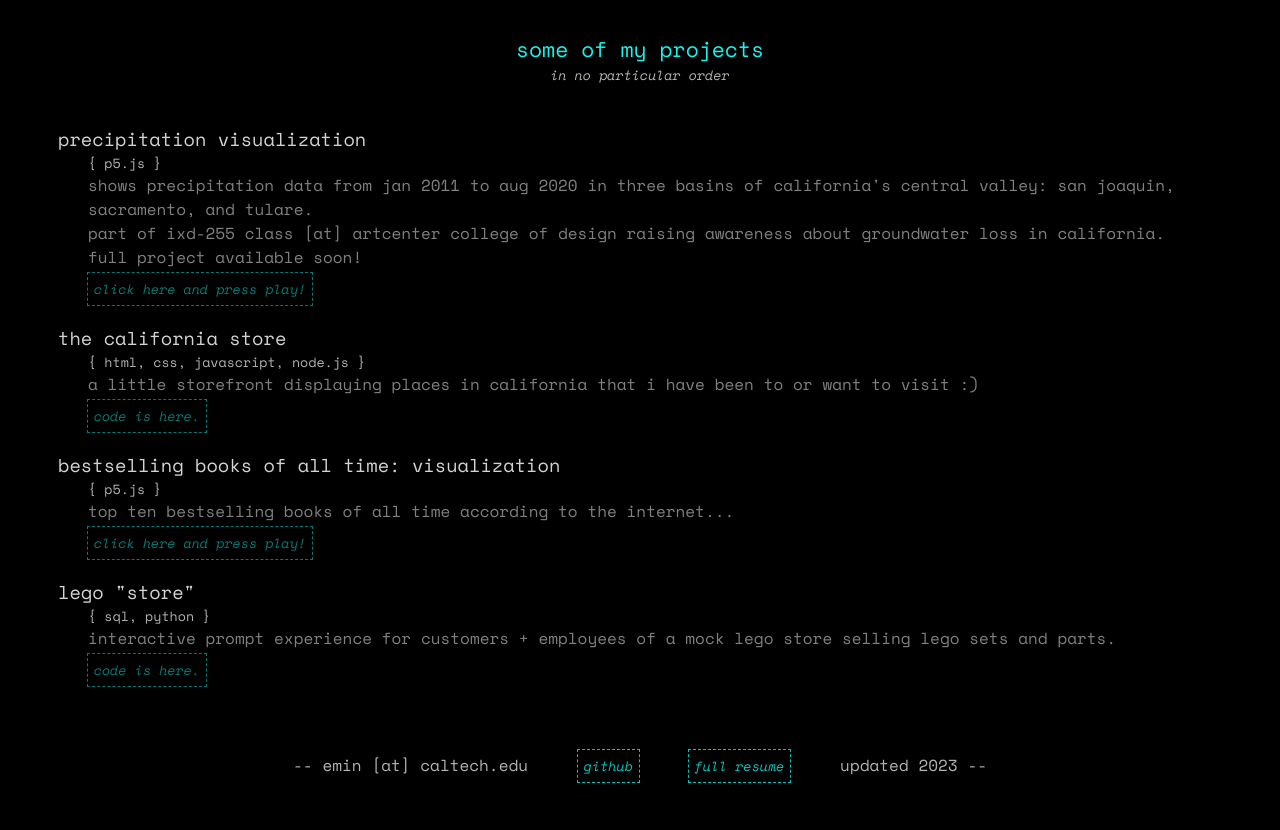
Repository: ellen-min/ellen-min.github.io
Page: projects.html
An editor plug-in stored every save of this project. The page is shown before and after the next save, followed by the edit.
The browser window is 1280 px wide. The pictures show the whole page.

Above is the page before, as saved 2023-04-25 21:49:51.

### projects.html
<!DOCTYPE html>
<!--
    Author: Ellen Min
-->
<html>
  <head>
    <meta charset="UTF-8" />

    <!--------------- Import fonts --------------->
    <link rel="preconnect" href="https://fonts.googleapis.com">
    <link rel="preconnect" href="https://fonts.gstatic.com" crossorigin>
    <link href="https://fonts.googleapis.com/css2?family=Space+Mono:ital,wght@0,400;0,700;1,400;1,700&display=swap" rel="stylesheet">

    <link rel="stylesheet" href="styles.css" />

    <script src="helpers.js"></script>
    <script defer src="projects-interactions.js"></script>

    <title>projects</title>
  </head>

  <header>
    <h1>some of my projects</h1>
    <h3>in no particular order</h3>
  </header>

  <body>
    <div class ="project">
      <h2>precipitation visualization</h2>
      <p class="toolsused">{ p5.js }</p>
      <p>shows precipitation data from jan 2011 to aug 2020 in three basins of california's central valley:
        san joaquin, sacramento, and tulare.</p>
      <p>part of ixd-255 class [at] artcenter college of design raising awareness about groundwater loss in california.</p>
      <p>full project available soon!</p>
      <p class="workex"><a href="https://editor.p5js.org/mintyellen/sketches/BFd3OBZku" target="_blank">click here and press play!</a></p>
    </div>

    <div class="project">
      <h2>the california store</h2>
      <p class="toolsused">{ html, css, javascript, node.js }</p>
      <p>a little storefront displaying places in california that i have been to or want to visit :)</p>
      <p class="workex"><a href="https://github.com/ellen-min/california-store" target="_blank">code is here.</a></p>
    </div>

    <div class ="project">
      <h2>bestselling books of all time: visualization</h2>
      <p class="toolsused">{ p5.js }</p>
      <p>top ten bestselling books of all time according to the internet...</p>
      <p class="workex"><a href="https://editor.p5js.org/mintyellen/sketches/9zj4KPIfu" target="_blank">click here and press play!</a></p>
    </div>

    <div class="project">
      <h2>lego "store"</h2>
      <p class="toolsused">{ sql, python }</p>
      <p>interactive prompt experience for customers + employees of a mock lego store selling lego sets and parts.</p>
      <p class="workex"><a href="https://github.com/ellen-min/lego-store" target="_blank">code is here.</a></p>
    </div>
  </body>

  <footer>
    <ul>
      <li>-- emin [at] caltech.edu</li>
      <li><a href="https://github.com/ellen-min" target="_blank">github</a></li>
      <li><a href="https://drive.google.com/file/d/1X95P36sGinrUTzAWr9vXGSHAJG0Qs3Ua/view?usp=sharing" target="_blank">full resume</a></li>
      <li>updated 2023 --</li>
    </ul>
  </footer>
</html>

### styles.css
/*
* Author: Ellen Min
*
* This page is the styles.css page used in all pages of my personal website.
* It defines fonts, sizes, colors, and general styling for the website.
*/

/* -------------------- Main layout -------------------- */
body {
  background-color: black;
  font-family: 'Space Mono', monospace;
  display: flex;
  flex-direction: column;
}

ul {
  list-style-type: none
}

nav, header, footer {
  text-align: center;
}

header {
  padding: 25px;
}

footer {
  padding-top: 20px;
}

footer > ul > li {
  display: inline-block;
  padding: 20px;
}

/* -------------------- Text Formatting -------------------- */
nav, ul, h1, h3, h4, .highlightedLoc, .highlightedDescrip{
  color: white;
}

p {
  color: gray;
}

h3, h4, .toolsused, footer > ul > li {
  color: #b3b3b3;
}

h1, h2, h3, h4 {
  font-weight: normal;
}

h1, h2 {
  font-style: normal;
}

h2, h3, h4 {
  padding: 0px 50px;
}

h1, .highlighted {
  color: #15f4ee
}

h1 {
  font-size: 16pt;
}

h1, h3, h4, p {
  margin: 0px;
}

h2 {
  font-size: 14pt;
  margin-top: 15px;
  margin-bottom: 0px;
  color: lightgray;
}

h3, h4, .toolsused, a:link, a:visited, a:hover, a:active {
  font-size: 10pt;
}

h3, h4, nav, a:link, a:visited, a:hover, a:active {
  font-style: italic;
}

h4 {
  margin-bottom: 5px;
}

p {
  font-size: 12pt;
  padding: 0px 80px;
}

ul {
  list-style-type: none;
  padding-left: 0;
}

/* -------------------- Special elements -------------------- */
nav {
  position: absolute;
  top: 50%;
  left: 50%;
  transform: translate(-50%, -50%);
}

a:link, a:visited, a:hover, a:active {
  text-decoration: none;
  color: #0ac2bc;
  outline: dashed #0ac2bc 1.5px;
  padding: 6px;
  line-height: 40px;
}

.hidden {
  display: none;
}

.workex a:link, .workex a:visited {
  color: #067975;
  outline: dashed #067975 1.5px;
}

### helpers.js
/**
 * helper functions taken from cs 132 @ caltech (el hovik)
 */

/**
 * Returns the element that has the ID attribute with the specified value.
 * @param {string} idName - element ID
 * @returns {object} DOM object associated with id (null if none).
 */
function id(idName) {
  return document.getElementById(idName);
}

/**
* Returns the first element that matches the given CSS selector.
* @param {string} selector - CSS query selector string.
* @returns {object} first element matching the selector in the DOM tree (null if none)
*/
function qs(selector) {
  return document.querySelector(selector);
}

/**
* Returns the array of elements that match the given CSS selector.
* @param {string} selector - CSS query selector
* @returns {object[]} array of DOM objects matching the query (empty if none).
*/
function qsa(selector) {
  return document.querySelectorAll(selector);
}

/**
* Returns a new element with the given tagname
* @param {string} tagName - name of element to create and return
* @returns {object} new DOM element with the given tagname
*/
function gen(tagName) {
return document.createElement(tagName);
}

### projects-interactions.js
/**
 * @author Ellen Min
 * Last updated: 04-05-2023
 * This is the javascript page for projects.html for my personal website.
 */

(function () {
  "use strict";

  function init() {
    let allProjects = qsa("div.project");
    for (let i = 0; i < allProjects.length; i++) {
      // not using toggle due to bug ... fix later
      allProjects[i].addEventListener("mouseover", addHighlight);
      allProjects[i].addEventListener("mouseout", removeHighlight);
    }
  }

  function addHighlight() {
    this.querySelector("h2").classList.add("highlighted");
    let descriptions = this.querySelectorAll("p");
    for (let i = 0; i < descriptions.length; i++) {
      let currDesc = descriptions[i];
      if (currDesc.querySelectorAll("a").length == 0) {
        currDesc.classList.add("highlightedDescrip");
      } else {
        currDesc.classList.remove("workex");
      }
    }
  }

  function removeHighlight() {
    this.querySelector("h2").classList.remove("highlighted");

    let descriptions = this.querySelectorAll("p");
    for (let i = 0; i < descriptions.length; i++) {
      let currDesc = descriptions[i];
      if (currDesc.querySelectorAll("a").length == 0) {
        currDesc.classList.remove("highlightedDescrip");
      } else {
        currDesc.classList.add("workex");
      }
    }
  }

  init();
})();

After the next save:
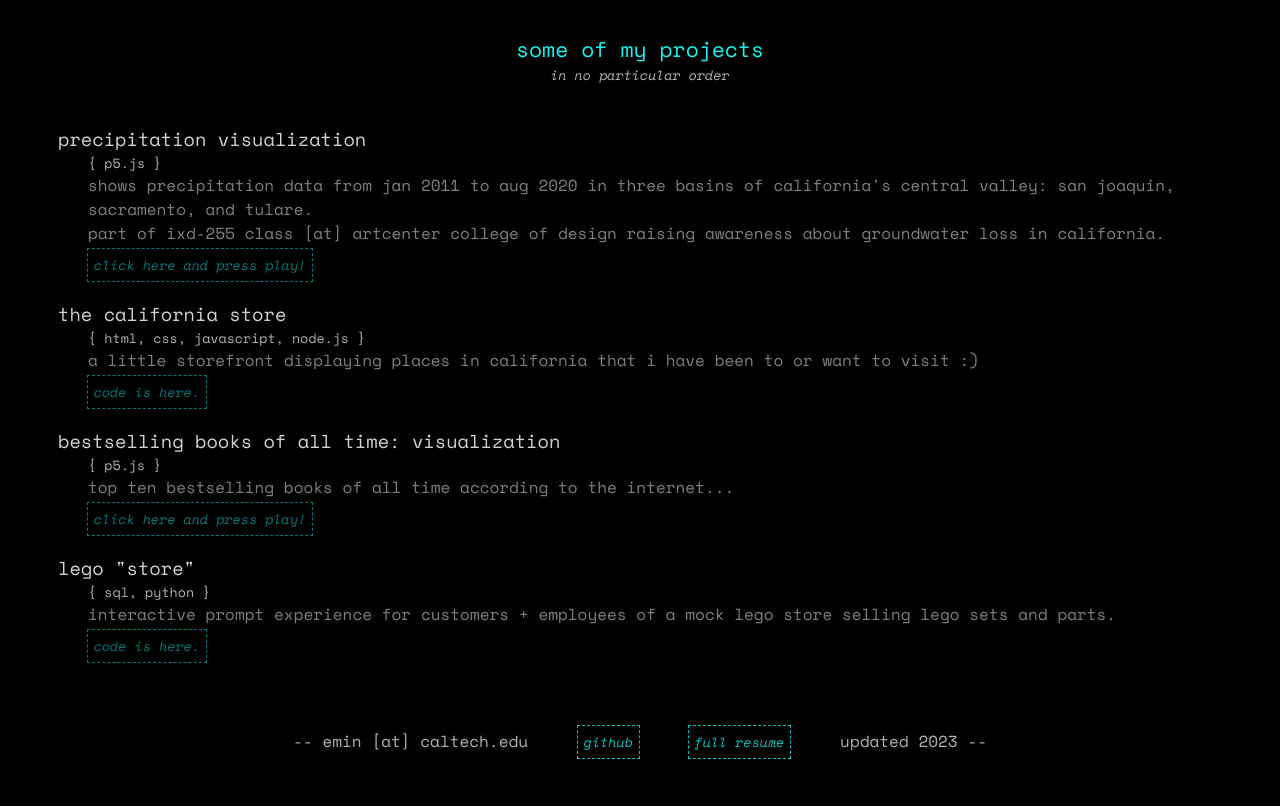
Saved 76 s later.
--- a/projects.html
+++ b/projects.html
@@ -31,7 +31,6 @@
       <p>shows precipitation data from jan 2011 to aug 2020 in three basins of california's central valley:
         san joaquin, sacramento, and tulare.</p>
       <p>part of ixd-255 class [at] artcenter college of design raising awareness about groundwater loss in california.</p>
-      <p>full project available soon!</p>
       <p class="workex"><a href="https://editor.p5js.org/mintyellen/sketches/BFd3OBZku" target="_blank">click here and press play!</a></p>
     </div>
 
